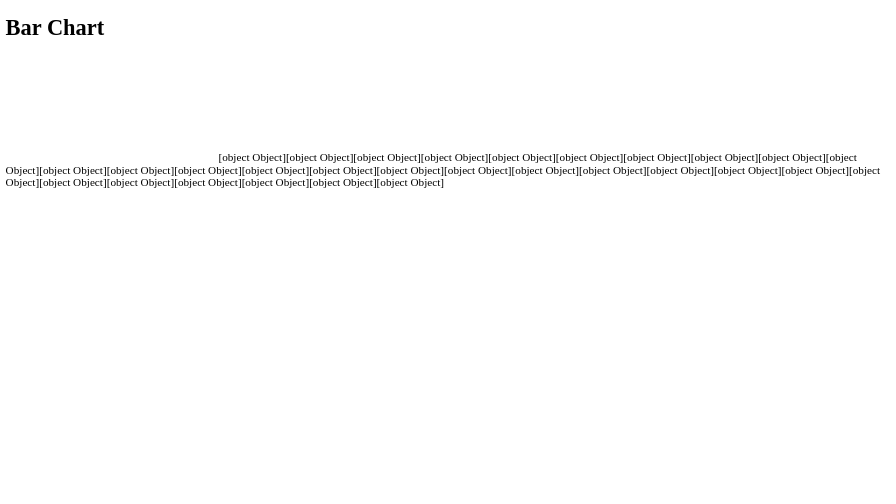
Repository: komalharjani/d3js-visualisation
Page: index.html
The author's editor kept a copy of each file at every save. The page is drawn from the files as they stood at one save, then again after the next save.
The browser window is 1280 px wide. The pictures show the part of the page from y = 0 to 1920 px (the page is 720 px tall before and 71720 px after), at 70% of full size.

Above is the page before, as saved 2020-04-29 13:35:59.

After the next save:
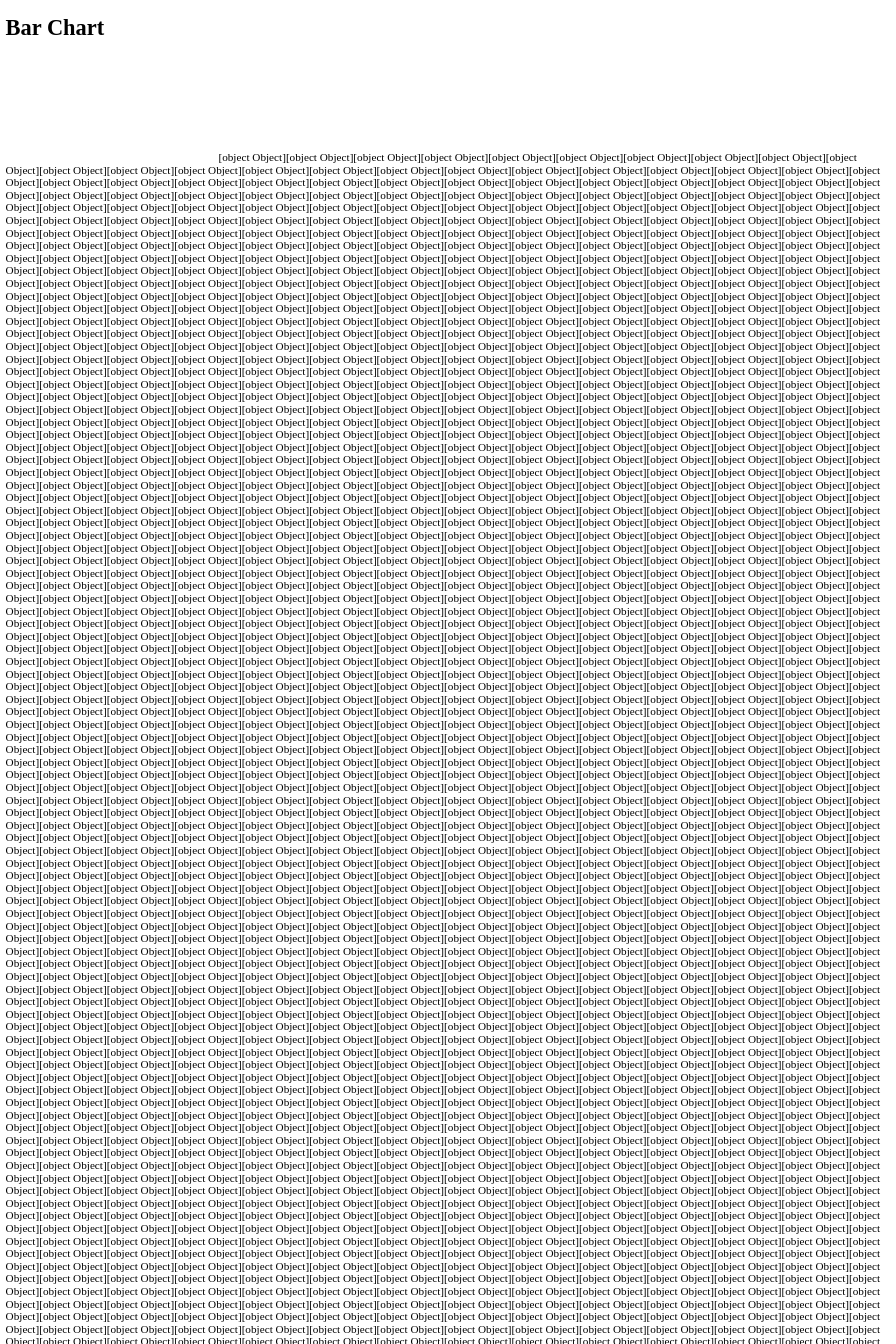
Saved 7 s later.
--- a/index.js
+++ b/index.js
@@ -46,7 +46,7 @@ d3.csv(dataPath)
 
                 var body = d3.select("body")
                 .selectAll("span")
-                .data(usTotal)
+                .data(data)
                 .enter()
                 .append("span")
                 .text(function(d) {
